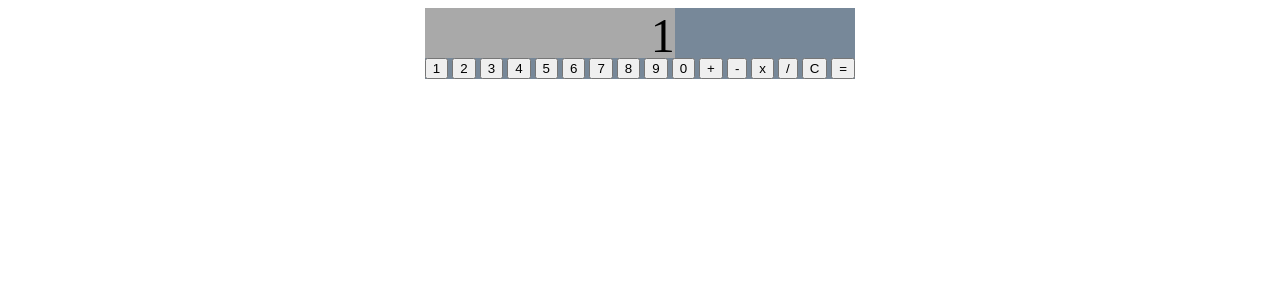
Repository: TEazy2433/LAB-calculator
Page: index.html
These files come from the project's save history. The page is drawn as it stood at one moment and after the next save; the edit follows.
The browser window is 1280 px wide. The pictures show the whole page.

Above is the page before, as saved 2023-10-13 16:47:37.

### index.html
<!DOCTYPE html>
<html lang="en">
<head>
  <meta charset="UTF-8">
  <meta name="viewport" content="width=device-width, initial-scale=1.0">
  <title>calculator</title>
  <link rel="stylesheet" href="main.css">
</head>
<body>

  <div class="container">
    <div class="display">1</div>
    <div class="buttons"></div>
      <button type="button">1</button>
      <button type="button">2</button>
      <button type="button">3</button>
      <button type="button">4</button>
      <button type="button">5</button>
      <button type="button">6</button>
      <button type="button">7</button>
      <button type="button">8</button>
      <button type="button">9</button>
      <button type="button">0</button>

      <button type="button operator">+</button>
      <button type="button operator">-</button>
      <button type="button operator">x</button>
      <button type="button operator">/</button>
      <button type="button operator">C</button>
      <button type="button operator">=</button>

  </div>


</body>
</html>

### main.css
.container{
  background: lightslategray;
  width: max-content;
  margin: auto;
}
.display{
  width: 250px;
  background-color: darkGrey;
  height: 50px;
  font-size: 48px;
  display: flex;
  justify-content: flex-end;
}
.buttons{
  max-width: 400px;
  display: flex;
  flex-wrap: wrap;
}

After the next save:
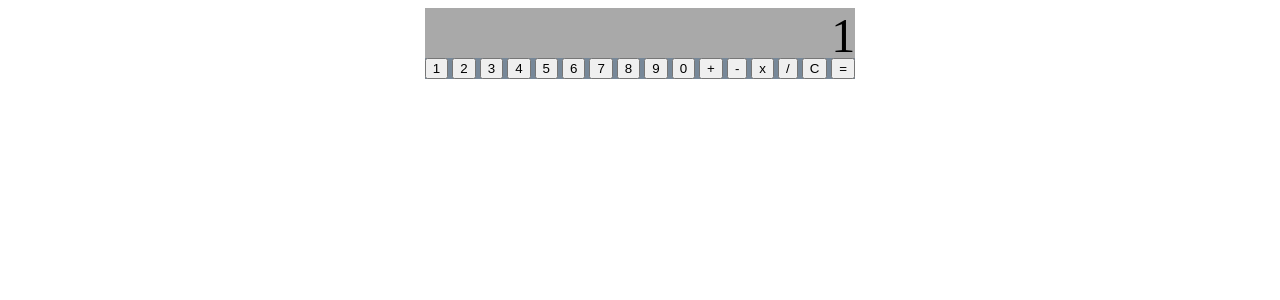
Saved 37 s later.
--- a/main.css
+++ b/main.css
@@ -4,7 +4,7 @@
   margin: auto;
 }
 .display{
-  width: 250px;
+  width: 100%;
   background-color: darkGrey;
   height: 50px;
   font-size: 48px;
